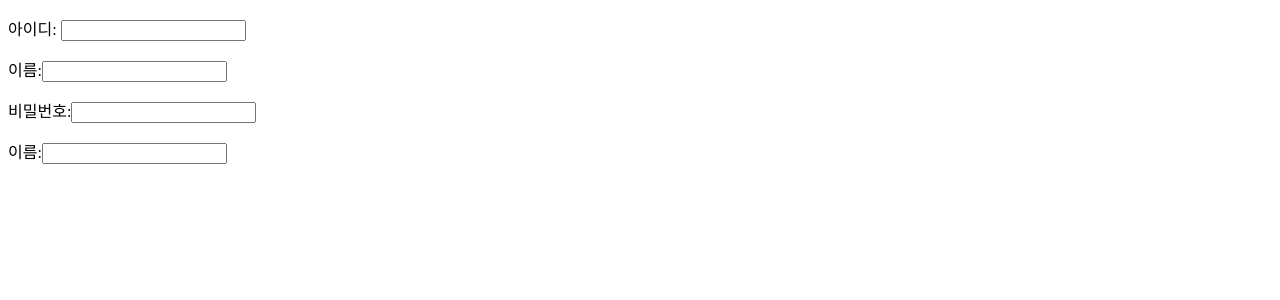
Repository: zoselakt/My_practice_JSP
Page: http://localhost/day08/join.jsp
An editor plug-in stored every save of this project. The page is shown before and after the next save, followed by the edit.
The browser window is 1280 px wide. The pictures show the whole page.
The page is served by Tomcat 9. Other server files are loaded and not shown.

Above is the page before, as saved 2022-03-01 08:29:30.

### day08/WebContent/join.jsp
<%@ page language="java" contentType="text/html; charset=UTF-8"
    pageEncoding="UTF-8"%>
<!DOCTYPE html>
<html>
<head>
<meta charset="UTF-8">
<title>회원가입</title>
</head>
<body>
	<form action="join_db.jsp" method="post" name="joinForm">
		<p>
			<label>아이디: <input type="text" name="id></label>
		</p>
		<p id="result"></p>
		<p><label>이름:<input type="text" name="name"></label></p>
		<p><label>비밀번호:<input type="password" name="password"></label></p>
		<p><label>이름:<input type="text" name="name"></label></p>
	</form>
</body>
</html>

After the next save:
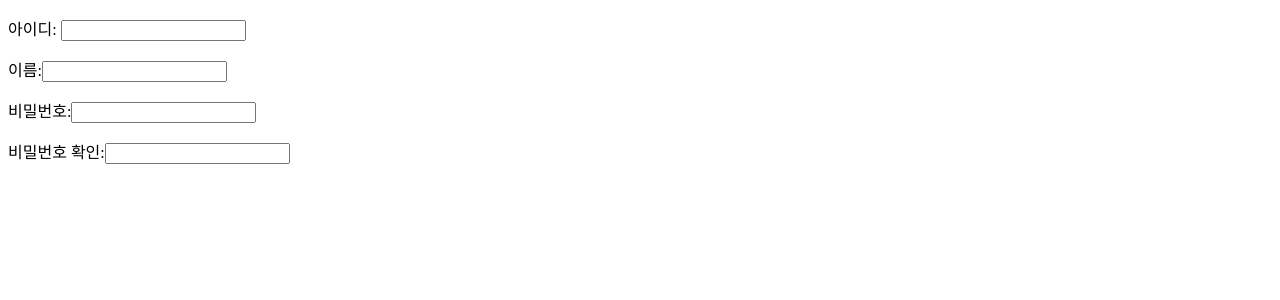
Saved 9 s later.
--- a/day08/WebContent/join.jsp
+++ b/day08/WebContent/join.jsp
@@ -14,7 +14,7 @@
 		<p id="result"></p>
 		<p><label>이름:<input type="text" name="name"></label></p>
 		<p><label>비밀번호:<input type="password" name="password"></label></p>
-		<p><label>이름:<input type="text" name="name"></label></p>
+		<p><label>비밀번호 확인:<input type="text" name="name"></label></p>
 	</form>
 </body>
 </html>
